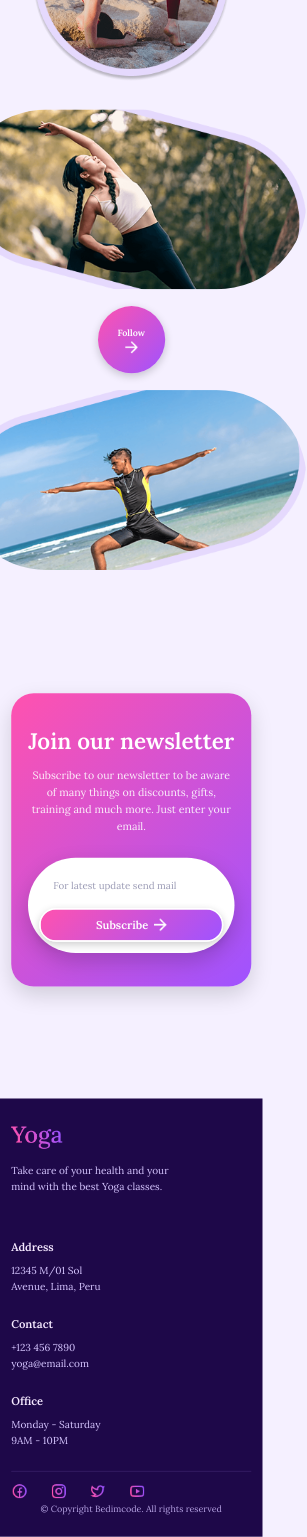
Repository: EunsuhJeon/responsive-yoga-website
Page: index.html
An editor plug-in stored every save of this project. The page is shown before and after the next save, followed by the edit.
The browser window is 375 px wide. The page is 438 px wide, so the pictures cover 438 px, including what lies to the right of the window. The pictures show the part of the page from y = 2375 to 4615 px (the page is 4571 px tall before and 4615 px after), at 70% of full size.

Above is the page before, as saved 2025-11-26 01:32:02.

After the next save:
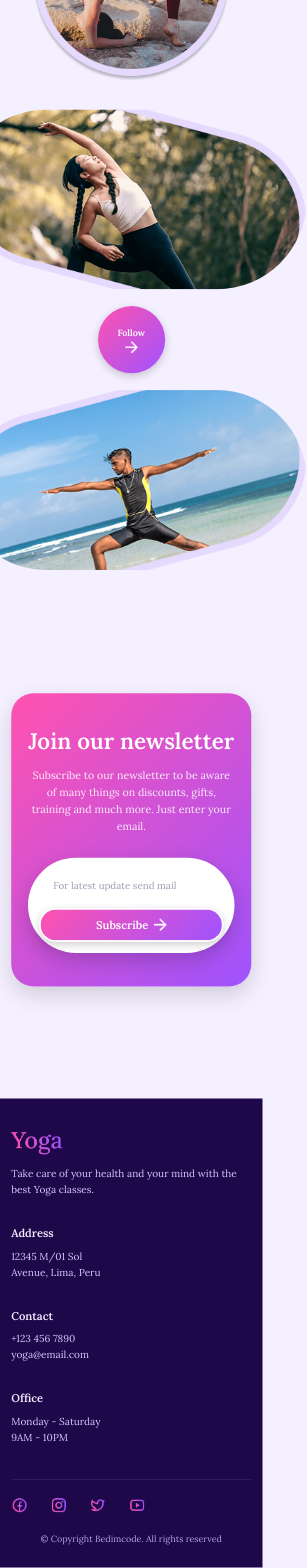
Saved 35 s later.
--- a/main.css
+++ b/main.css
@@ -455,74 +455,77 @@ button:active,
   }
 }
 
-/* -------- Footer -------- */
+/* ------------------------------------ Footer ----------------------------------- */
 
 .site-footer {
   margin-top: 80px;
   padding: 48px 16px 32px;
   color: #f5e9ff;
-  background: #1E0849;           /* light mode por defecto */
-}
-
+  background: #1E0849; /* Light mode */
+}
+
+/* GRID PRINCIPAL */
 .footer-inner {
   max-width: 1120px;
-  margin: 0 auto 32px;
+  margin: 0 auto 48px;
   display: grid;
-  grid-template-columns: 2fr 1fr 1fr 1fr;
+  grid-template-columns: 1.5fr 1fr 1fr 1fr;
   gap: 40px;
-}
-
-.footer-col {
-  font-size: 0.9rem;
-}
-
-.footer-brand .footer-logo {
+  align-items: start; /* ALINEA TODO EN LA MISMA ALTURA */
+}
+
+/* Logo */
+.footer-logo {
   height: 32px;
   margin-bottom: 16px;
-}
-
+  display: block;
+}
+
+/* Texto debajo del logo */
 .footer-description {
   font-size: 0.9rem;
   line-height: 1.6;
-  max-width: 260px;
-  margin-bottom: 32px;
   color: #d6c6ff;
-}
-
-/* social icons */
-.footer-social {
-  display: flex;
-  align-items: center;
-  gap: 32px;                     /* spacing 32px */
-}
-
-.footer-social img {
-  width: 24px;
-  height: 24px;
-}
-
-/* headings y textos columnas */
+  margin: 0; /* IMPORTANTE PARA ALINEAR PERFECTO */
+}
+
+/* Headings */
 .footer-heading {
   font-size: 1rem;
+  font-weight: 600;
   margin-bottom: 12px;
-  font-weight: 600;
-}
-
+}
+
+/* Textos de columnas */
 .footer-text {
   font-size: 0.9rem;
   line-height: 1.6;
   color: #d6c6ff;
-}
-
-/* línea divisoria */
+  margin: 0; /* SE ALINEA EXACTO CON EL TEXTO DEL LOGO */
+}
+
+/* Línea divisoria */
 .footer-divider {
   max-width: 1120px;
-  margin: 0 auto 16px;
+  margin: 0 auto 24px;
   height: 1px;
   background: #3a226b;
 }
 
-/* parte inferior */
+/* Redes sociales debajo de la línea */
+.footer-social {
+  max-width: 1120px;
+  margin: 0 auto 24px;
+  display: flex;
+  gap: 32px;
+}
+
+.footer-social img {
+  width: 24px;
+  height: 24px;
+}
+
+/* Copyright alineado a la derecha */
 .footer-bottom {
   max-width: 1120px;
   margin: 0 auto;
@@ -534,20 +537,15 @@ button:active,
   color: #b6a3e3;
 }
 
-/* -------- Footer responsive -------- */
-
+/* Responsive */
 @media (max-width: 900px) {
   .footer-inner {
     grid-template-columns: 1fr 1fr;
-    row-gap: 32px;
+    row-gap: 40px;
   }
 }
 
 @media (max-width: 600px) {
-  .site-footer {
-    padding-top: 40px;
-  }
-
   .footer-inner {
     grid-template-columns: 1fr;
   }
@@ -555,19 +553,13 @@ button:active,
   .footer-bottom {
     text-align: center;
   }
-
-  .footer-social {
-    justify-content: flex-start;
-  }
-}
-
-/* -------- Footer dark mode -------- */
-
+}
+
+/* Dark mode */
 @media (prefers-color-scheme: dark) {
   .site-footer {
     background: #14092A;
   }
 }
 
-
 /* Andrea - end */
